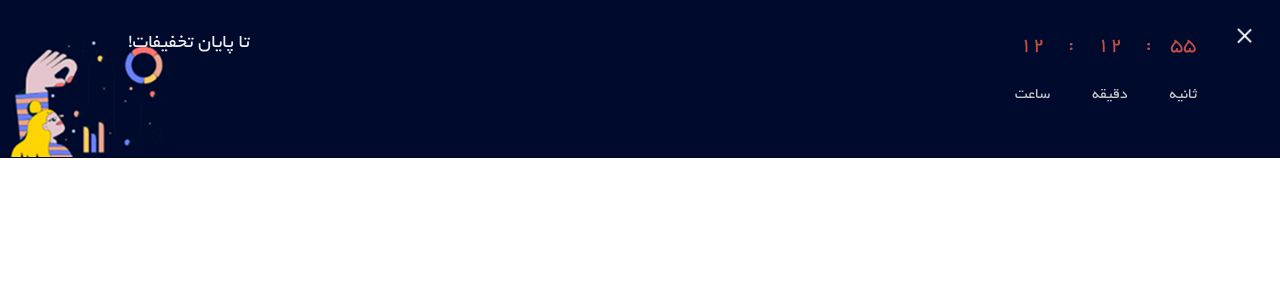
Repository: sinafath/fradars
Page: /
These files come from the project's save history. The page is drawn as it stood at one moment and after the next save; the edit follows.
The browser window is 1280 px wide. The pictures show the whole page.
The project was rebuilt for these pictures with package versions that can differ from the ones it lists, and the page was loaded fresh each time. The framework's server and built-in components were replaced by stand-ins that run in the browser. Also part of the build but not shown: next.config.ts.

Above is the page before, as saved 2025-09-21 18:07:53.

### src/app/layout.tsx
import type { Metadata } from "next";
import localFont from 'next/font/local'

const myFont = localFont({
  src: '../../public/yekan.ttf',
})
import "./globals.css";


export const metadata: Metadata = {
  title: "Fradars",
  description: "tutoring website",
};

export default function RootLayout({
  children,
}: Readonly<{
  children: React.ReactNode;
}>) {
  return (
    <html lang="fa" dir="rtl" className={myFont.className}>
      <body
      >
        {children}
      </body>
    </html>
  );
}

### src/app/page.tsx
import { Column, Row } from "@/components/core";
import Image from "next/image";

export default function Home() {
  return (
    <div>
      <div className="w-full relative bg-[#000A2D] h-[158px]">
        <Image
          aria-hidden
          className="absolute left-0"
          src="/1.png"
          alt="File icon"
          width={163}
          height={157}
        />
        <Image
          aria-hidden
          className="absolute top-[28px] right-[28px]"
          src="/2.png"
          alt="File icon"
          width={15}
          height={15}
        />
        <Row className="top-[30px] absolute right-[83px] gap-[18px]" align="start" >
          <Column className="gap-[20px] text-center">
            <span className="text-[22px] text-[#BF4F43]">۵۵</span>
            <span className="text-[#C9C9C9] text-[16px]">ثانیه</span>
          </Column >
          <span className="text-[22px] text-[#BF4F43]">:</span>
          <Column className="gap-[20px] text-center">
            <span className="text-[22px] text-[#BF4F43]">۱۲</span>
            <span className="text-[#C9C9C9] text-[16px]">دقیقه</span>
          </Column >
          <span className="text-[22px] text-[#BF4F43]">:</span>
          <Column className="gap-[20px] text-center">
            <span className="text-[22px] text-[#BF4F43]">۱۲</span>
            <span className="text-[#C9C9C9] text-[16px]">ساعت</span>
          </Column >

        </Row>
        <p className=" absolute top-[29px] end-[128px] text-[#EDEDED] text-[20px]">تا پایان تخفیفات!</p>
      </div>
    </div>
  );
}

### src/components/core.tsx
import { cn } from "@/lib/utils";
import { ReactNode } from "react";

type AlignItems = 'start' | 'center' | 'end' | 'baseline' | 'stretch';
type JustifyContent = 'start' | 'center' | 'end' | 'between' | 'around' | 'evenly';

interface FlexProps {
    children?: ReactNode;
    className?: string;
    align?: AlignItems;
    justify?: JustifyContent;
}

const alignClasses: Record<AlignItems, string> = {
    start: 'items-start',
    center: 'items-center',
    end: 'items-end',
    baseline: 'items-baseline',
    stretch: 'items-stretch',
};

const justifyClasses: Record<JustifyContent, string> = {
    start: 'justify-start',
    center: 'justify-center',
    end: 'justify-end',
    between: 'justify-between',
    around: 'justify-around',
    evenly: 'justify-evenly',
};

interface CenterProps {
    children: ReactNode;
    className?: string;
}

function Center({ children, className }: CenterProps) {
    return (
        <div className={cn('flex items-center justify-center', className)}>
            {children}
        </div>
    );
}

function Row({
    children,
    className,
    align = 'center',
    justify = 'start',
    ...props
}: FlexProps) {
    return (
        <div
            className={cn('flex flex-row', alignClasses[align], justifyClasses[justify], className)}
            {...props}
        >
            {children}
        </div>
    );
}

function Column({
    children,
    className,
    align = 'center',
    justify = 'start',
    ...props
}: FlexProps) {
    return (
        <div
            className={cn('flex flex-col', alignClasses[align], justifyClasses[justify], className)}
            {...props}
        >
            {children}
        </div>
    );
}

export { Column, Center, Row };

Loaded but not shown: src/app/globals.css (common file); src/lib/utils.ts (common file)

After the next save:
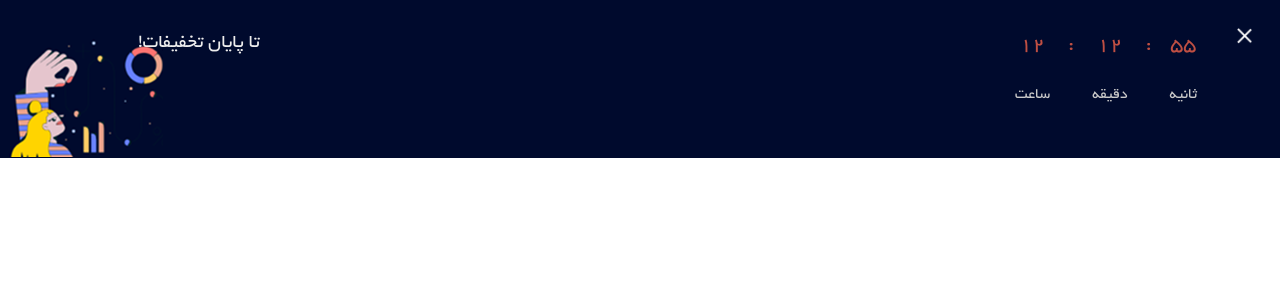
Saved 12 s later.
--- a/src/app/page.tsx
+++ b/src/app/page.tsx
@@ -38,7 +38,7 @@
           </Column >
 
         </Row>
-        <p className=" absolute top-[29px] end-[128px] text-[#EDEDED] text-[20px]">تا پایان تخفیفات!</p>
+        <p className=" absolute top-[29px] end-[138px] text-[#EDEDED] text-[20px]">تا پایان تخفیفات!</p>
       </div>
     </div>
   );
